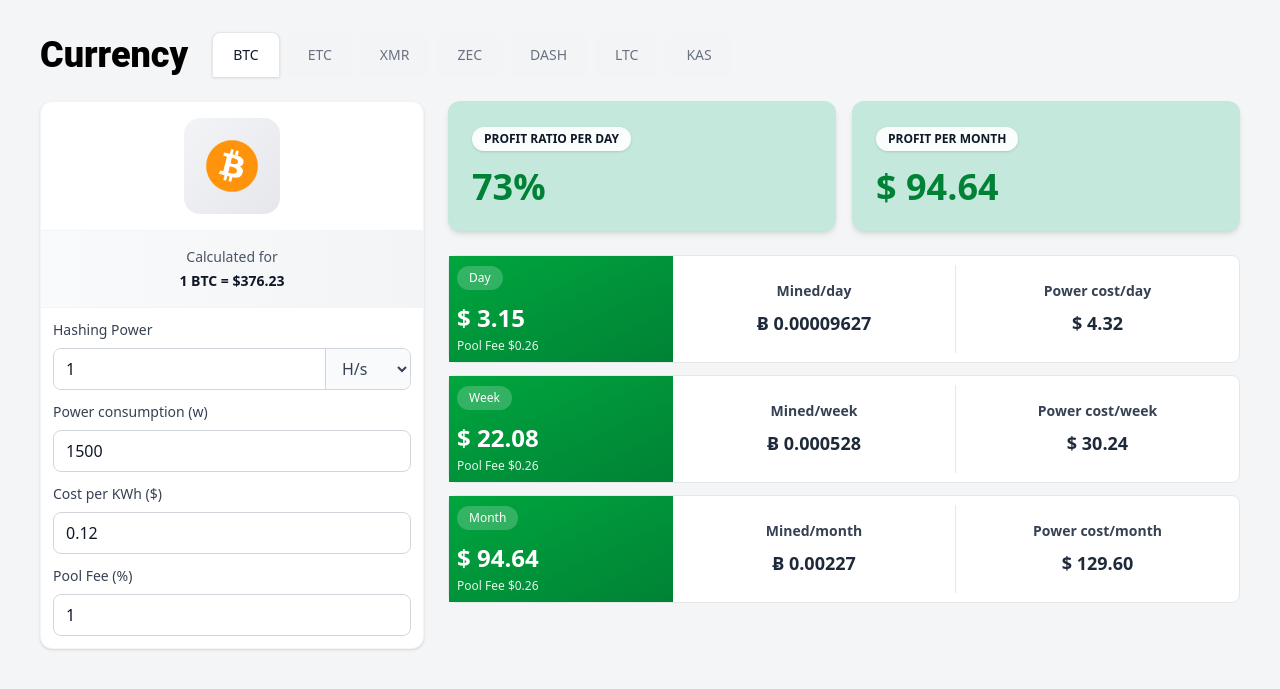
Repository: Bilal-Ahmad-CodeMaster/crypto-proj
Page: /
The author's editor kept a copy of each file at every save. The page is drawn from the files as they stood at one save, then again after the next save.
The browser window is 1280 px wide. The pictures show the whole page.
The project was rebuilt for these pictures with package versions that can differ from the ones it lists, and the page was loaded fresh each time. The framework's server and built-in components were replaced by stand-ins that run in the browser. Also part of the build but not shown: next.config.ts.

Above is the page before, as saved 2025-11-25 22:40:06.

### src/app/layout.tsx
import './globals.css'
import React from 'react'


export const metadata = {
  title: 'Mining Dashboard',
}


export default function RootLayout({ children }: { children: React.ReactNode }) {
  return (
    <html lang="en">
      <body>
        {children}
      </body>
    </html>
  )
}

### src/app/page.tsx
'use client'
import React, { useState } from 'react'
import Tabs from './components/Tabs'
import HashingForm from './components/HashingForm'
import ResultCards from './components/ResultCards'


const currencies = [
  { id: 'btc', label: 'BTC' },
  { id: 'etc', label: 'ETC' },
  { id: 'xmr', label: 'XMR' },
  { id: 'zec', label: 'ZEC' },
  { id: 'dash', label: 'DASH' },
  { id: 'ltc', label: 'LTC' },
  { id: 'kas', label: 'KAS' }
]


export default function Page() {
  const [active, setActive] = useState('btc')


  return (
    <main className="min-h-screen p-8 bg-[#f3f5f7]">
      <div className="max-w-[1200px] mx-auto">
        <header className="flex items-center gap-6 mb-6">
          <h1 className="text-4xl font-extrabold text-black" style={{ fontFamily: '"Lobster", Roboto, Arial' }}>
            Currency
          </h1>
          <nav className="flex-1">
            <Tabs active={active} setActive={setActive} tabs={currencies} />
          </nav>
        </header>


        <div className="grid grid-cols-1 lg:grid-cols-3 gap-6">
          <div>
            <HashingForm active={active} />
          </div>


          <div className="lg:col-span-2">
            <ResultCards active={active} />
          </div>
        </div>
      </div>
    </main>
  )
}

### src/app/globals.css
@import "tailwindcss";

/* Small helpers to match the design exactly */
body {
  @apply bg-gray-50 font-sans text-gray-900 antialiased;
}

/* Hide focus indicators for all form inputs */
input:focus,
select:focus {
  outline: none !important;
  box-shadow: none;
}
.hashing-form input:focus,
.hashing-form select:focus {
  outline: none;

  box-shadow: none;
}
/* Chrome, Safari, Edge */
input[type="number"]::-webkit-inner-spin-button,
input[type="number"]::-webkit-outer-spin-button {
  -webkit-appearance: none;
  margin: 0;
}

### src/app/components/Tabs.tsx
'use client'
import React from 'react'

export default function Tabs({ active, setActive, tabs }: { active: string; setActive: (s: string) => void; tabs: { id: string; label: string }[] }) {
    return (
        <div className="flex gap-2 items-end">
            {tabs.map(t => (
                <button
                    key={t.id}
                    onClick={() => setActive(t.id)}
                    className={`px-5 py-3 rounded-t-lg text-sm font-medium transition-all ${active === t.id
                            ? 'bg-white text-gray-900 border-t border-l border-r border-gray-200 shadow-sm'
                            : 'text-gray-500 hover:text-gray-700 bg-gray-100 hover:bg-gray-200'
                        }`}
                    style={{ minWidth: 56 }}
                >
                    {t.label}
                </button>
            ))}
        </div>
    )
}

### src/app/components/HashingForm.tsx
'use client'
import Image from 'next/image'
import React from 'react'

export default function HashingForm({ active }: { active: string }) {
    return (
        <div className="bg-white rounded-xl shadow-sm border border-gray-100 overflow-hidden">
            <div className="p-4 border-b border-gray-100 flex items-center justify-center">
                <div className="w-24 h-24 bg-linear-to-br from-gray-100 to-gray-200 rounded-2xl flex items-center justify-center p-4">
                    <Image
                        src={`/${active.toLowerCase()}.png`}
                        alt="logo"
                        width={64}
                        height={64}
                        className="object-contain"
                    />
                </div>
            </div>

            <div className="bg-linear-to-r from-gray-50 to-gray-100 text-center py-4 text-sm text-gray-600 border-b border-gray-100">
                Calculated for
                <div className="font-semibold text-gray-900 mt-1">1 {active.toUpperCase()} = $376.23</div>
            </div>

            <div className="p-3 space-y-3">
                <div>
                    <label className="block text-sm font-medium text-gray-700 mb-2">Hashing Power</label>
                    <div className="flex rounded-lg overflow-hidden border border-gray-300 focus-within:ring-2 focus-within:ring-blue-500 focus-within:border-blue-500 transition-all">
                        <input
                            type="number"
                            defaultValue={1}
                            className="flex-1 px-3 py-2 outline-none bg-white"
                        />
                        <select className="px-3 py-2 bg-gray-50 border-l border-gray-300 text-gray-700">
                            <option>H/s</option>
                            <option>KH/s</option>
                            <option>MH/s</option>
                            <option>GH/s</option>
                            <option>TH/s</option>
                        </select>
                    </div>
                </div>

                <div>
                    <label className="block text-sm font-medium text-gray-700 mb-2">Power consumption (w)</label>
                    <input
                        className="w-full px-3 py-2 border border-gray-300 rounded-lg focus:ring-2 focus:ring-blue-500 focus:border-blue-500 transition-all"
                        defaultValue={1500} type="number"
                    />
                </div>

                <div>
                    <label className="block text-sm font-medium text-gray-700 mb-2">Cost per KWh ($)</label>
                    <input
                        className="w-full px-3 py-2 border border-gray-300 rounded-lg focus:ring-2 focus:ring-blue-500 focus:border-blue-500 transition-all"
                        defaultValue={0.12} type="number"
                    />
                </div>

                <div>
                    <label className="block text-sm font-medium text-gray-700 mb-2">Pool Fee (%)</label>
                    <input
                        className="w-full px-3 py-2 border border-gray-300 rounded-lg focus:ring-2 focus:ring-blue-500 focus:border-blue-500 transition-all"
                        defaultValue={1} type="number"
                    />
                </div>
            </div>
        </div>
    )
}

### src/app/components/ResultCards.tsx
'use client'
import React from 'react'

interface StatRowProps {
    title: string;
    money: string;
    mined: string;
    powerCost: string;
    poolFee: string;
    positive?: boolean;
}

function StatRow({ title, money, mined, powerCost, poolFee, positive = true }: StatRowProps) {
    return (
        <div className="mb-3 rounded-lg border border-gray-200 bg-white hover:shadow-sm transition-all">
            <div className="flex">
                {/* First part with background color */}
                <div className={`w-56 p-2 text-white ${positive ? 'bg-linear-to-br from-green-600 to-green-700' : 'bg-linear-to-br from-red-500 to-red-600'}`}>
                    <div className="text-xs font-medium bg-white/20 inline-block px-3 py-1 rounded-full mb-3 relative top-[">{title}</div>
                    <div className="text-2xl font-bold mb-1">{money}</div>
                    <div className="text-xs opacity-90">Pool Fee $0.26</div>
                </div>

                {/* Second and third parts without background color */}
                <div className="flex-1 grid grid-cols-2 items-center">
                    {/* Mined Column */}
                    <div className="text-center border-r border-gray-200 py-4">
                        <div className="text-sm font-semibold text-gray-700 mb-2">Mined/{title.toLowerCase()}</div>
                        <div className="text-lg font-bold text-gray-800">{mined}</div>
                    </div>

                    {/* Power Cost Column */}
                    <div className="text-center py-4">
                        <div className="text-sm font-semibold text-gray-700 mb-2">Power cost/{title.toLowerCase()}</div>
                        <div className="text-lg font-bold text-gray-800">{powerCost}</div>
                    </div>
                </div>
            </div>
        </div>
    )
}

export default function ResultCards({ active }: { active: string }) {
    const positive = active !== 'etc'

    // Get currency symbol based on active tab
    const getCurrencySymbol = () => {
        switch (active.toLowerCase()) {
            case 'btc': return 'Ƀ'
            case 'etc': return 'Ξ'
            case 'xmr': return 'ɱ'
            case 'zec': return 'ⓩ'
            case 'dash': return 'Đ'
            case 'ltc': return 'Ł'
            case 'kas': return 'Ҝ'
            default: return 'Ƀ'
        }
    }

    const currencySymbol = getCurrencySymbol()

    return (
        <div>
            <div className="grid grid-cols-2 gap-4 mb-6">
                <div className={`rounded-xl p-6 shadow-md ${positive ? 'bg-[#C4E8DB]' : 'bg-[#FFE0E0]'}`}>
                    <div className="text-xs font-semibold bg-white/90 inline-block px-3 py-1 rounded-full shadow">PROFIT RATIO PER DAY</div>
                    <div className={`text-4xl font-bold mt-4 ${positive ? 'text-green-700' : 'text-red-700'}`}>{positive ? '73%' : '-70%'}</div>
                </div>


                <div className={`rounded-xl p-6 shadow-md ${positive ? 'bg-[#C4E8DB]' : 'bg-[#FFE0E0]'}`}>
                    <div className="text-xs font-semibold bg-white/90 inline-block px-3 py-1 rounded-full shadow">PROFIT PER MONTH</div>
                    <div className={`text-4xl font-bold mt-4 ${positive ? 'text-green-700' : 'text-red-700'}`}>{positive ? '$ 94.64' : '$ -90.66'}</div>
                </div>
            </div>


            {/* Time Period Cards */}
            <div>
                <StatRow
                    title="Day"
                    money="$ 3.15"
                    mined={`${currencySymbol} 0.00009627`}
                    powerCost="$ 4.32"
                    poolFee="$ 0.07550"
                    positive={positive}
                />
                <StatRow
                    title="Week"
                    money="$ 22.08"
                    mined={`${currencySymbol} 0.000528`}
                    powerCost="$ 30.24"
                    poolFee="$ 0.528"
                    positive={positive}
                />
                <StatRow
                    title="Month"
                    money="$ 94.64"
                    mined={`${currencySymbol} 0.00227`}
                    powerCost="$ 129.60"
                    poolFee="$ 2.27"
                    positive={positive}
                />
            </div>
        </div>
    )
}

After the next save:
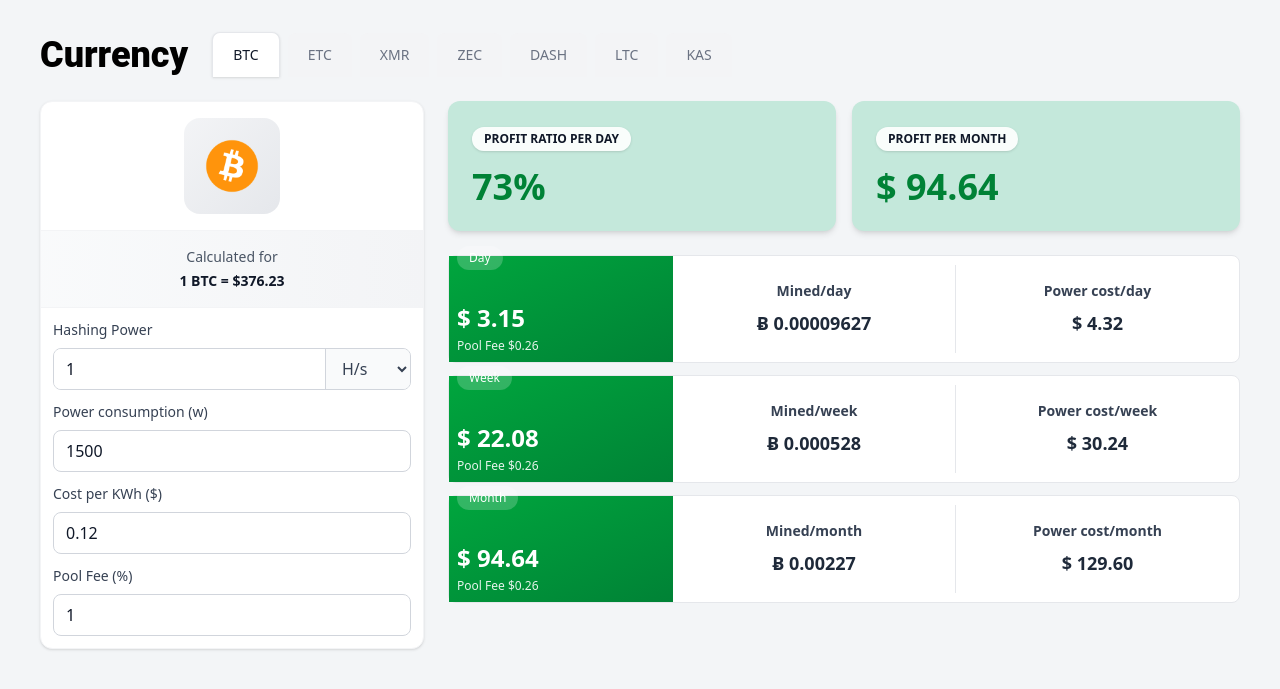
Saved 4 s later.
--- a/src/app/components/ResultCards.tsx
+++ b/src/app/components/ResultCards.tsx
@@ -16,7 +16,7 @@
             <div className="flex">
                 {/* First part with background color */}
                 <div className={`w-56 p-2 text-white ${positive ? 'bg-linear-to-br from-green-600 to-green-700' : 'bg-linear-to-br from-red-500 to-red-600'}`}>
-                    <div className="text-xs font-medium bg-white/20 inline-block px-3 py-1 rounded-full mb-3 relative top-[">{title}</div>
+                    <div className="text-xs font-medium bg-white/20 inline-block px-3 py-1 rounded-full mb-3 relative top-[-20px]">{title}</div>
                     <div className="text-2xl font-bold mb-1">{money}</div>
                     <div className="text-xs opacity-90">Pool Fee $0.26</div>
                 </div>

After the 3 saves that followed:
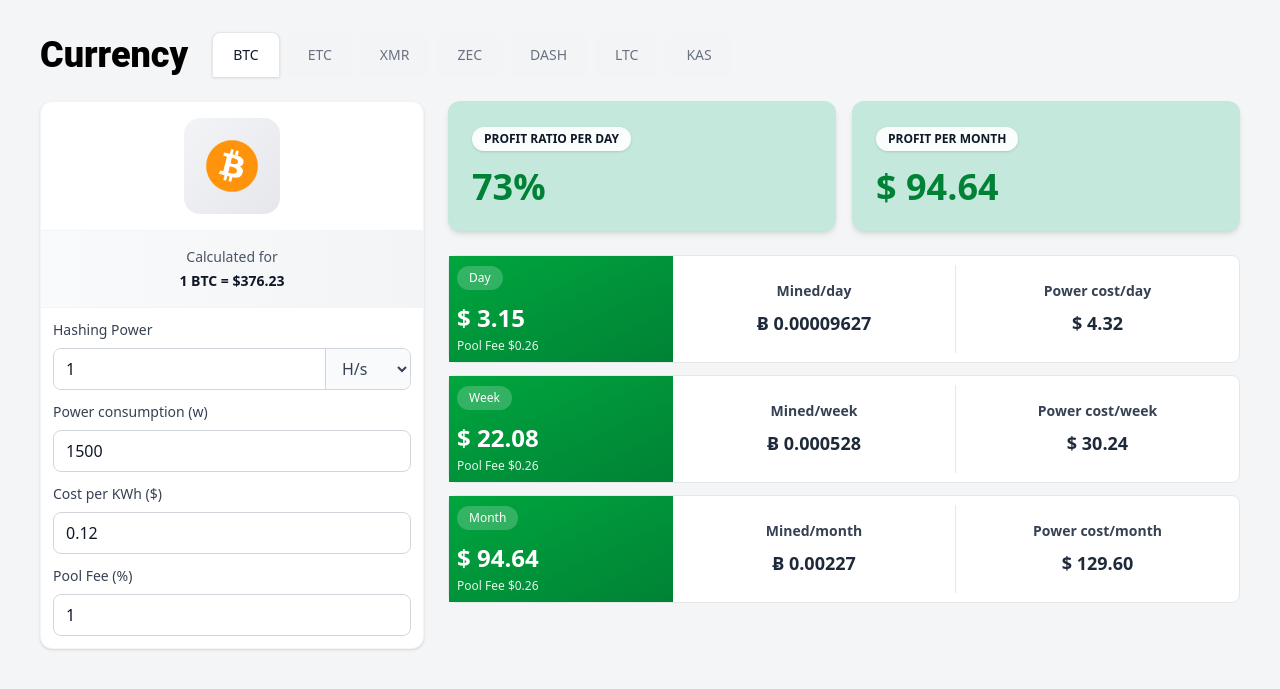
The 3 saves are shown as one change because 1 left the picture as it was and some came seconds apart.
The last was saved 19 s later.
--- a/src/app/components/ResultCards.tsx
+++ b/src/app/components/ResultCards.tsx
@@ -15,8 +15,8 @@
         <div className="mb-3 rounded-lg border border-gray-200 bg-white hover:shadow-sm transition-all">
             <div className="flex">
                 {/* First part with background color */}
-                <div className={`w-56 p-2 text-white ${positive ? 'bg-linear-to-br from-green-600 to-green-700' : 'bg-linear-to-br from-red-500 to-red-600'}`}>
-                    <div className="text-xs font-medium bg-white/20 inline-block px-3 py-1 rounded-full mb-3 relative top-[-20px]">{title}</div>
+                <div className={`w-56 p-2 text-white relative ${positive ? 'bg-linear-to-br from-green-600 to-green-700' : 'bg-linear-to-br from-red-500 to-red-600'}`}>
+                    <div className="text-xs font-medium bg-white/20 inline-block px-3 py-1 rounded-full mb-3 absloute top-[-20px]">{title}</div>
                     <div className="text-2xl font-bold mb-1">{money}</div>
                     <div className="text-xs opacity-90">Pool Fee $0.26</div>
                 </div>
